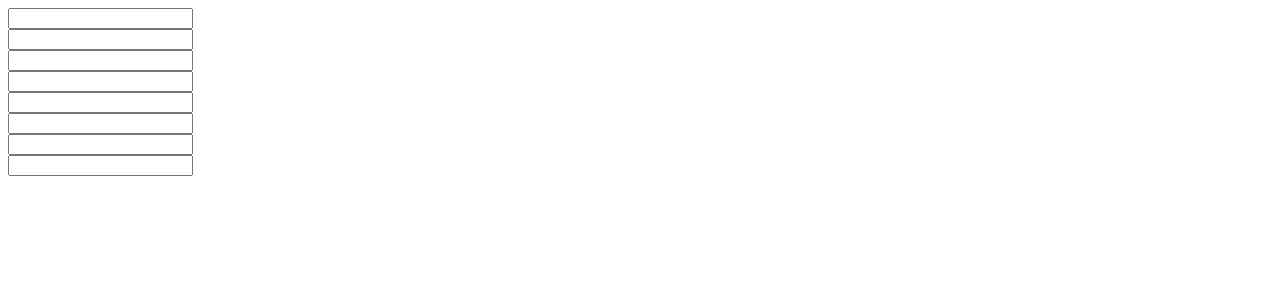
Repository: AmirKhan8435/Documentation
Page: http://localhost/MrPlumberWebAPP/Plumber.jsp
An editor plug-in stored every save of this project. The page is shown before and after the next save, followed by the edit.
The browser window is 1280 px wide. The pictures show the whole page.
The page is served by Tomcat 9. Other server files are loaded and not shown.

Above is the page before, as saved 2022-03-27 10:51:56.

### MrPlumber/Mr.PlumberEclipsWS/MrPlumberWebAPP/WebContent/Plumber.jsp
<%@ page language="java" contentType="text/html; charset=ISO-8859-1"
    pageEncoding="ISO-8859-1"%>
<!DOCTYPE html PUBLIC "-//W3C//DTD HTML 4.01 Transitional//EN" "http://www.w3.org/TR/html4/loose.dtd">
<html>
<head>
<meta http-equiv="Content-Type" content="text/html; charset=ISO-8859-1">
<title>Plumber INFO</title>
</head>
<body>
<div>
<form>
<input type="text" name="name" id="name"><br>
<input type="text" name="last" id="last"><br>
<input type="text" name="user" id="user"><br>
<input type="text" name="pass" id="pass"><br>
<input type="text" name="address" id="address"><br>
<input type="text" name="pincode" id="pincode"><br>
<input type="text" name="aadhar" id="aadhar"><br>
<input type="text" name="phone" id="phone"><br>

</form>
</div>
</body>
</html>

After the next save:
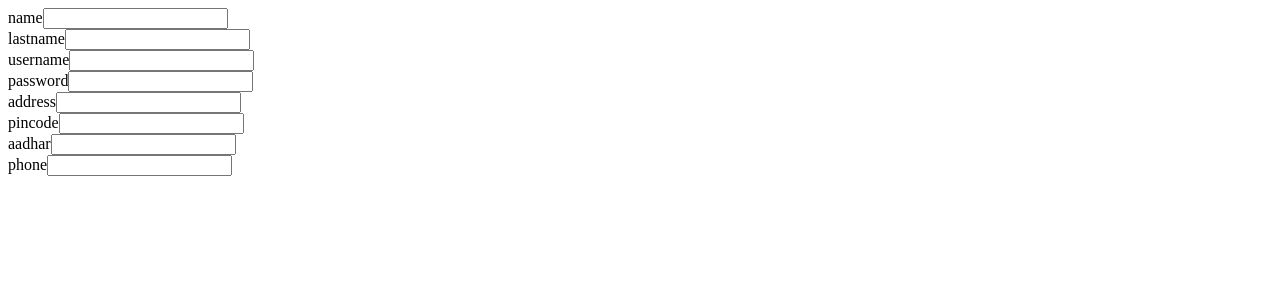
Saved 50 s later.
--- a/MrPlumber/Mr.PlumberEclipsWS/MrPlumberWebAPP/WebContent/Plumber.jsp
+++ b/MrPlumber/Mr.PlumberEclipsWS/MrPlumberWebAPP/WebContent/Plumber.jsp
@@ -9,14 +9,14 @@
 <body>
 <div>
 <form>
-<input type="text" name="name" id="name"><br>
-<input type="text" name="last" id="last"><br>
-<input type="text" name="user" id="user"><br>
-<input type="text" name="pass" id="pass"><br>
-<input type="text" name="address" id="address"><br>
-<input type="text" name="pincode" id="pincode"><br>
-<input type="text" name="aadhar" id="aadhar"><br>
-<input type="text" name="phone" id="phone"><br>
+name<input type="text" name="name" id="name"><br>
+lastname<input type="text" name="last" id="last"><br>
+username<input type="text" name="user" id="user"><br>
+password<input type="text" name="pass" id="pass"><br>
+address<input type="text" name="address" id="address"><br>
+pincode<input type="text" name="pincode" id="pincode"><br>
+aadhar<input type="text" name="aadhar" id="aadhar"><br>
+phone<input type="text" name="phone" id="phone"><br>
 
 </form>
 </div>
